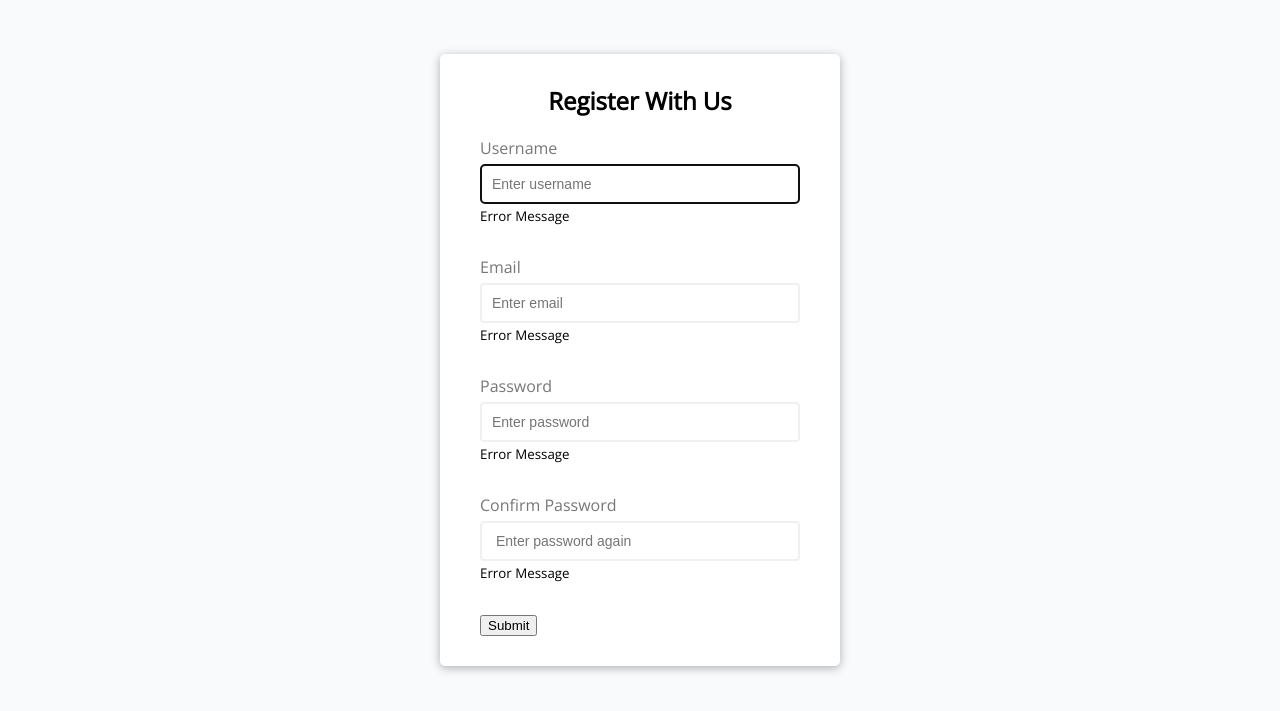
Repository: Youvelop/formValidator
Page: index.html
An editor plug-in stored every save of this project. The page is shown before and after the next save, followed by the edit.
The browser window is 1280 px wide. The pictures show the whole page.
The first visible `.form-control input` has the focus.

Above is the page before, as saved 2020-06-25 18:52:27.

### index.html
<!DOCTYPE html>
<html lang="en">
  <head>
    <meta charset="UTF-8" />
    <meta name="viewport" content="width=device-width, initial-scale=1.0" />
    <link rel="stylesheet" href="style.css" />
    <title>Form Validator</title>
  </head>
  <body>
    <div class="container">
      <form id="form" class="form">
        <h2>Register With Us</h2>
        <div class="form-control">
          <label for="username">Username</label>
          <input type="text" id="username" placeholder="Enter username" />
          <small>Error Message</small>
        </div>
        <div class="form-control">
          <label for="email">Email</label>
          <input type="text" id="email" placeholder="Enter email" />
          <small>Error Message</small>
        </div>
        <div class="form-control">
          <label for="password">Password</label>
          <input type="password" id="password" placeholder="Enter password" />
          <small>Error Message</small>
        </div>
        <div class="form-control">
          <label for="password2">Confirm Password</label>
          <input
            type="text"
            id="password2"
            placeholder=" Enter password again"
          />
          <small>Error Message</small>
        </div>
        <button type="submit">Submit</button>
      </form>
    </div>
    <script src="app.js"></script>
  </body>
</html>

### style.css
@import url('https://fonts.googleapis.com/css?family=Open+Sans&display=swap');

* {
  box-sizing: border-box;
}

body {
  background-color: #f9fafb;
  font-family: 'Open Sans', sans-serif;
  display: flex;
  align-items: center;
  justify-content: center;
  min-height: 100vh;
  margin: 0;
}

.container {
  background-color: #fff;
  border-radius: 5px;
  box-shadow: 0 2px 10px rgba(0, 0, 0, 0.3);
  width: 400px;
}

h2 {
  text-align: center;
  margin: 0 0 20px;
}

.form {
  padding: 30px 40px;
}

.form-control {
  margin-bottom: 10px;
  padding-bottom: 20px;
  position: relative;
}

.form-control label {
  color: #777;
  display: block;
  margin-bottom: 5px;
}

.form-control input {
  border: 2px solid #f0f0f0;
  border-radius: 4px;
  display: block;
  width: 100%;
  padding: 10px;
  font-size: 14px;
}

Loaded but not shown: app.js (no copy from this time; the picture is the same without it)

After the next save:
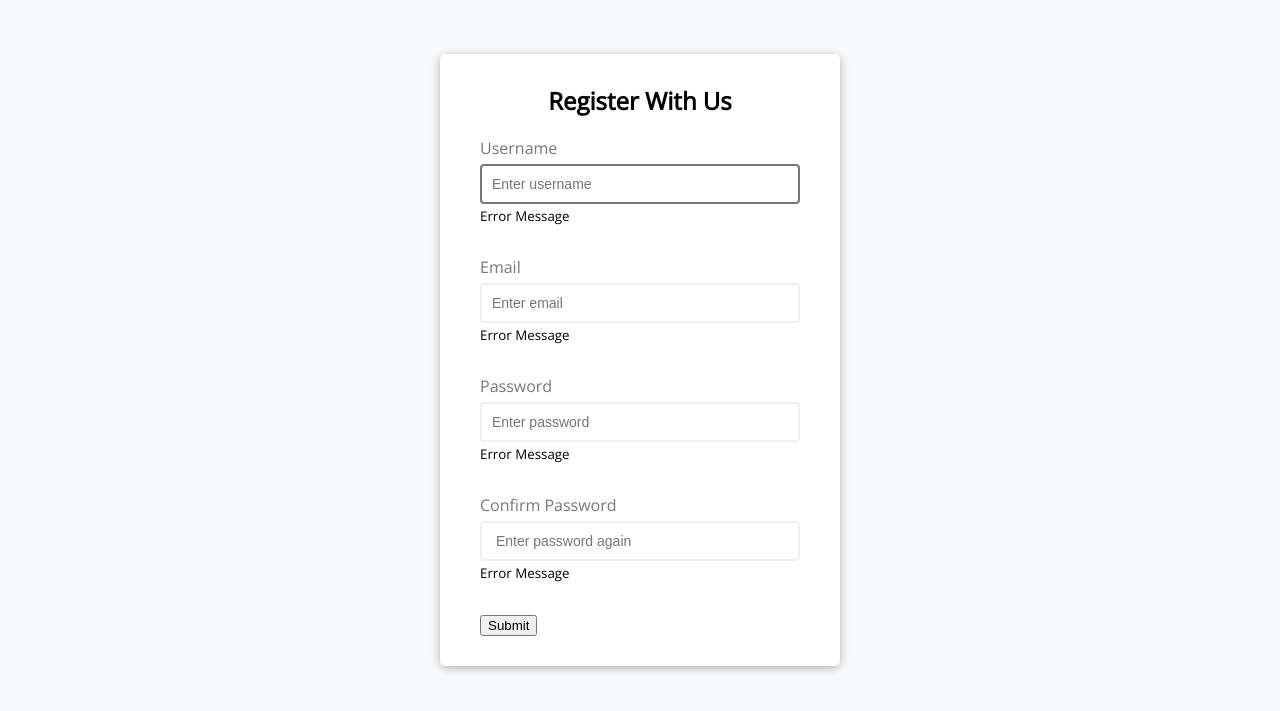
Saved 35 s later.
--- a/style.css
+++ b/style.css
@@ -50,3 +50,8 @@ h2 {
   padding: 10px;
   font-size: 14px;
 }
+
+.form-control input:focus {
+  outline: 0;
+  border-color: #777;
+}
